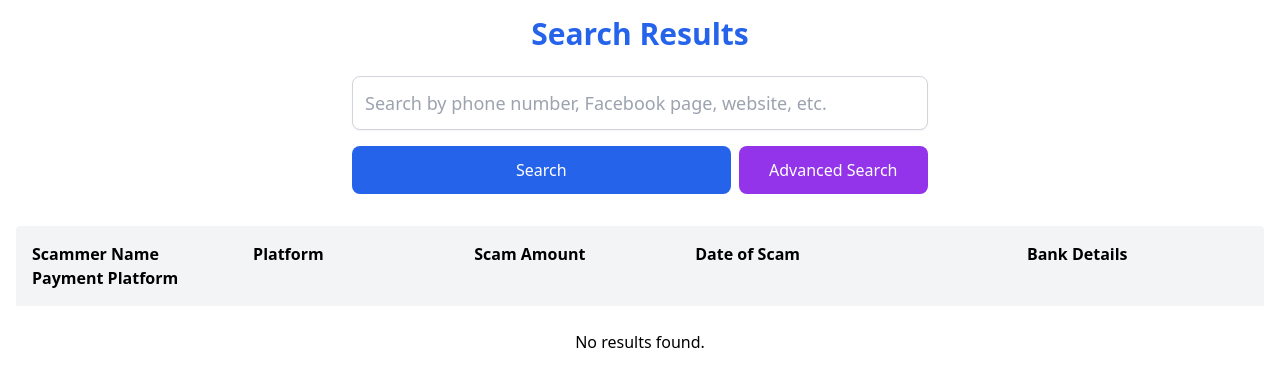
Repository: dev-athar/protarok
Page: /search
An editor plug-in stored every save of this project. The page is shown before and after the next save, followed by the edit.
The browser window is 1280 px wide. The pictures show the whole page.
The project was rebuilt for these pictures with package versions that can differ from the ones it lists, and the page was loaded fresh each time. Also part of the build but not shown: vite.config.ts, src/pages/RecentScamsList.tsx, src/pages/HomePage.tsx, src/pages/SubmitScamPage.tsx, src/pages/ImageUploader.tsx, src/pages/AdvancedSearchPage.tsx.

Above is the page before, as saved 2025-01-01 14:40:42.

### src/main.tsx
import { StrictMode } from "react";
import { createRoot } from "react-dom/client";
import "./index.css";
// import "./styles.css";
import App from "./App.tsx";

createRoot(document.getElementById("root")!).render(
  <StrictMode>
    <App />
  </StrictMode>
);

### src/App.tsx
// src/App.js
import { BrowserRouter as Router, Routes, Route } from "react-router-dom";
import HomePage from "./pages/HomePage";
import SubmitScamPage from "./pages/SubmitScamPage";
import ImageUploader from "./pages/ImageUploader";
import AdvancedSearchPage from "./pages/AdvancedSearchPage";
import SearchPage from "./pages/SearchPage";

function App() {
  return (
    <Router>
      <Routes>
        <Route path="/" element={<HomePage />} />
        <Route path="/search" element={<SearchPage />} />
        <Route path="/advanced-search" element={<AdvancedSearchPage />} />
        <Route path="/submit-scam" element={<SubmitScamPage />} />
        <Route path="/test" element={<ImageUploader />} />
      </Routes>
    </Router>
  );
}

export default App;

### src/pages/SearchPage.tsx
import React, { useState, useEffect } from "react";
import { useLocation } from "react-router-dom";
import SearchBar from "./SearchBar";
import { supabase } from "../supabase"; // Ensure you have the supabase client setup

const SearchPage = () => {
  const location = useLocation();
  const queryParams = new URLSearchParams(location.search);
  const initialSearchTerm = queryParams.get("query") || "";
  const [searchTerm, setSearchTerm] = useState(initialSearchTerm);
  const [searchResults, setSearchResults] = useState([]);
  const [loading, setLoading] = useState(false);

  useEffect(() => {
    const fetchSearchResults = async () => {
      if (searchTerm.trim() === "") {
        setSearchResults([]);
        return;
      }

      setLoading(true);

      try {
        const { data, error } = await supabase
          .from("scamReports")
          .select(
            "scamProfileName, platform, scamAmount, dateOfScam, bankDetails, paymentPlatform"
          )
          .ilike("scamProfileName", `%${searchTerm}%`);

        if (error) throw error;

        setSearchResults(data);
      } catch (error) {
        console.error("Error fetching search results:", error);
        setSearchResults([]);
      } finally {
        setLoading(false);
      }
    };

    fetchSearchResults();
  }, [searchTerm]);

  const handleSearch = (newSearchTerm) => {
    setSearchTerm(newSearchTerm);
  };

  return (
    <div className="p-4">
      <header className="text-center mb-6">
        <h1 className="text-3xl font-bold text-blue-600">Search Results</h1>
      </header>
      <SearchBar onSearch={handleSearch} initialQuery={searchTerm} />
      <div className="mt-4">
        {/* Table Heading */}
        <div className="grid grid-cols-[1fr_1fr_1fr_1.5fr_1fr] font-bold bg-gray-100 p-4 rounded-t">
          <span className="text-left">Scammer Name</span>
          <span className="text-left">Platform</span>
          <span className="text-left">Scam Amount</span>
          <span className="text-left">Date of Scam</span>
          <span className="text-left">Bank Details</span>
          <span className="text-left">Payment Platform</span>
        </div>

        {/* Results as Cards */}
        <div className="flex flex-col gap-4 mt-2">
          {loading ? (
            <p className="text-center p-4">Loading...</p>
          ) : searchResults.length === 0 ? (
            <p className="text-center p-4">No results found.</p>
          ) : (
            searchResults.map((result, index) => (
              <div
                key={index}
                className="border rounded p-4 bg-white shadow-md hover:shadow-lg"
              >
                <div className="grid grid-cols-[1fr_1fr_1fr_1.5fr_1fr] gap-4">
                  <div className="text-left">
                    <p>{result.scamProfileName}</p>
                  </div>
                  <div className="text-left">
                    <p>{result.platform}</p>
                  </div>
                  <div className="text-left">
                    <p>{result.scamAmount}</p>
                  </div>
                  <div className="text-left">
                    <p>{result.dateOfScam}</p>
                  </div>
                  <div className="text-left">
                    <p>{result.bankDetails}</p>
                  </div>
                  <div className="text-left">
                    <p>{result.paymentPlatform}</p>
                  </div>
                </div>
              </div>
            ))
          )}
        </div>
      </div>
    </div>
  );
};

export default SearchPage;

### src/pages/SearchBar.tsx
// src/components/SearchBar.js
import { useState, useEffect } from "react";
import { useNavigate } from "react-router-dom";

function SearchBar({ initialQuery = "", onSearch }) {
  const [searchTerm, setSearchTerm] = useState(initialQuery);
  const navigate = useNavigate();

  useEffect(() => {
    setSearchTerm(initialQuery);
  }, [initialQuery]);

  const handleSearch = () => {
    if (searchTerm.trim() !== "") {
      navigate(`/search?query=${encodeURIComponent(searchTerm)}`);
      if (onSearch) onSearch(searchTerm);
    }
  };

  const handleAdvancedSearch = () => {
    if (searchTerm.trim() !== "") {
      navigate(`/advanced-search?query=${encodeURIComponent(searchTerm)}`);
      if (onSearch) onSearch(searchTerm);
    }
  };

  return (
    <div className="max-w-xl mx-auto mb-8">
      <input
        type="text"
        className="w-full p-3 text-lg border border-gray-300 rounded-lg shadow-sm focus:outline-none focus:ring-2 focus:ring-blue-500"
        placeholder="Search by phone number, Facebook page, website, etc."
        value={searchTerm}
        onChange={(e) => setSearchTerm(e.target.value)}
        onKeyDown={(e) => e.key === "Enter" && handleSearch()}
      />
      <div className="flex justify-between items-center mt-4">
        <button
          onClick={handleSearch}
          className="w-2/3 bg-blue-600 text-white py-3 px-4 rounded-lg hover:bg-blue-700 transition duration-300 mr-2"
        >
          Search
        </button>
        <button
          onClick={handleAdvancedSearch}
          className="w-1/3 bg-purple-600 text-white py-3 px-4 rounded-lg hover:bg-purple-700 transition duration-300"
        >
          Advanced Search
        </button>
      </div>
    </div>
  );
}

export default SearchBar;

### src/supabase.js
// src/supabase.js
import { createClient } from "@supabase/supabase-js";

// Replace with your Supabase project details
const SUPABASE_URL = "https://sifneaujnvssmmholqep.supabase.co";
const SUPABASE_ANON_KEY =
  "eyJhbGciOiJIUzI1NiIsInR5cCI6IkpXVCJ9.eyJpc3MiOiJzdXBhYmFzZSIsInJlZiI6InNpZm5lYXVqbnZzc21taG9scWVwIiwicm9sZSI6ImFub24iLCJpYXQiOjE3MzU1Nzg3OTYsImV4cCI6MjA1MTE1NDc5Nn0.zF7HMOg0-BrktsjLbYnVq5kqcp5-WHRwPWzEX9ggRew";

export const supabase = createClient(SUPABASE_URL, SUPABASE_ANON_KEY);

### tailwind.config.js
/** @type {import('tailwindcss').Config} */
// export default {
module.exports = {
  content: ["./index.html", "./src/**/*.{js,ts,jsx,tsx}"],
  theme: {
    extend: {},
  },
  plugins: [],
};

Loaded but not shown: index.html (common file); src/index.css (common file)

After the next save:
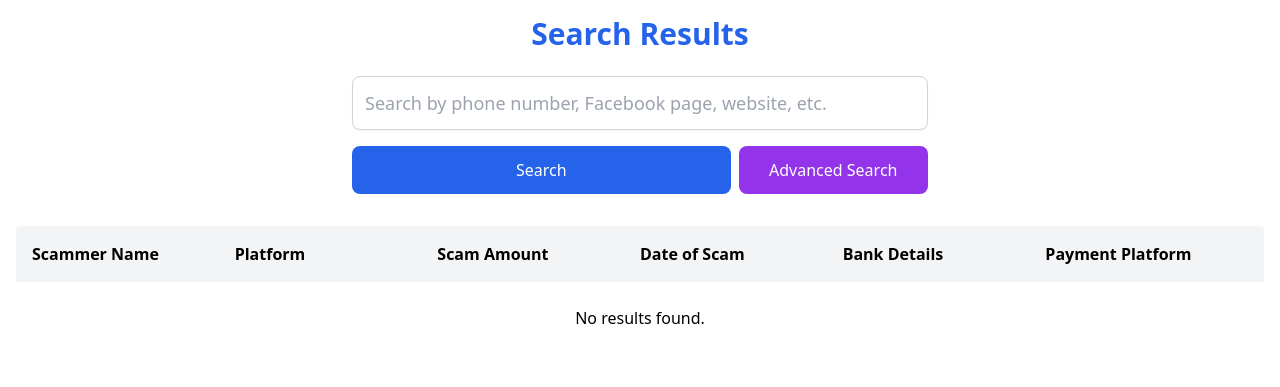
Saved 2 min 20 s later.
--- a/src/pages/SearchPage.tsx
+++ b/src/pages/SearchPage.tsx
@@ -54,7 +54,7 @@ const SearchPage = () => {
       <SearchBar onSearch={handleSearch} initialQuery={searchTerm} />
       <div className="mt-4">
         {/* Table Heading */}
-        <div className="grid grid-cols-[1fr_1fr_1fr_1.5fr_1fr] font-bold bg-gray-100 p-4 rounded-t">
+        <div className="grid grid-cols-[1fr_1fr_1fr_1fr_1fr_1fr] font-bold bg-gray-100 p-4 rounded-t">
           <span className="text-left">Scammer Name</span>
           <span className="text-left">Platform</span>
           <span className="text-left">Scam Amount</span>
@@ -75,7 +75,7 @@ const SearchPage = () => {
                 key={index}
                 className="border rounded p-4 bg-white shadow-md hover:shadow-lg"
               >
-                <div className="grid grid-cols-[1fr_1fr_1fr_1.5fr_1fr] gap-4">
+                <div className="grid grid-cols-[1fr_1fr_1fr_1fr_1fr_1fr] gap-4">
                   <div className="text-left">
                     <p>{result.scamProfileName}</p>
                   </div>
